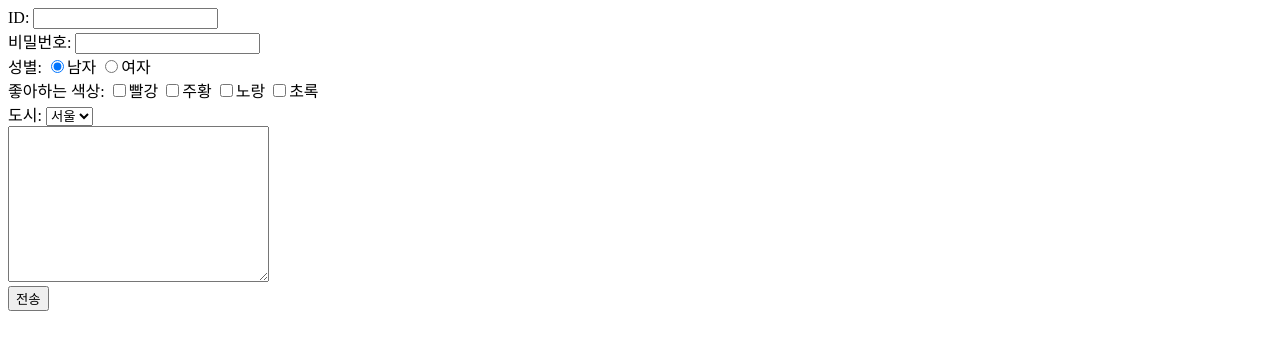
Repository: hrk09/JSPServlet
Page: edu/WebContent/formTest.html
The author's editor kept a copy of each file at every save. The page is drawn from the files as they stood at one save, then again after the next save.
The browser window is 1280 px wide. The pictures show the whole page.

Above is the page before, as saved 2022-06-28 02:16:38.

After the next save:
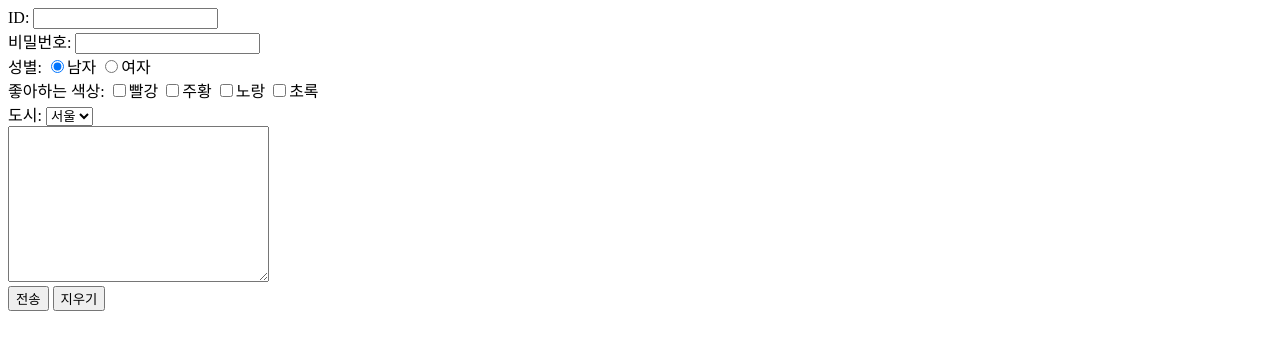
Saved 62 s later.
--- a/edu/WebContent/formTest.html
+++ b/edu/WebContent/formTest.html
@@ -28,6 +28,7 @@
 		<textarea rows="10" cols="30"></textarea><br>
 
 		<input type="submit" value="전송"> <!-- submit: form에서 받은 정보 전달하는 역할 -->
+		<input type="reset"	value="지우기">
 	</form>
 </body>
 </html>
